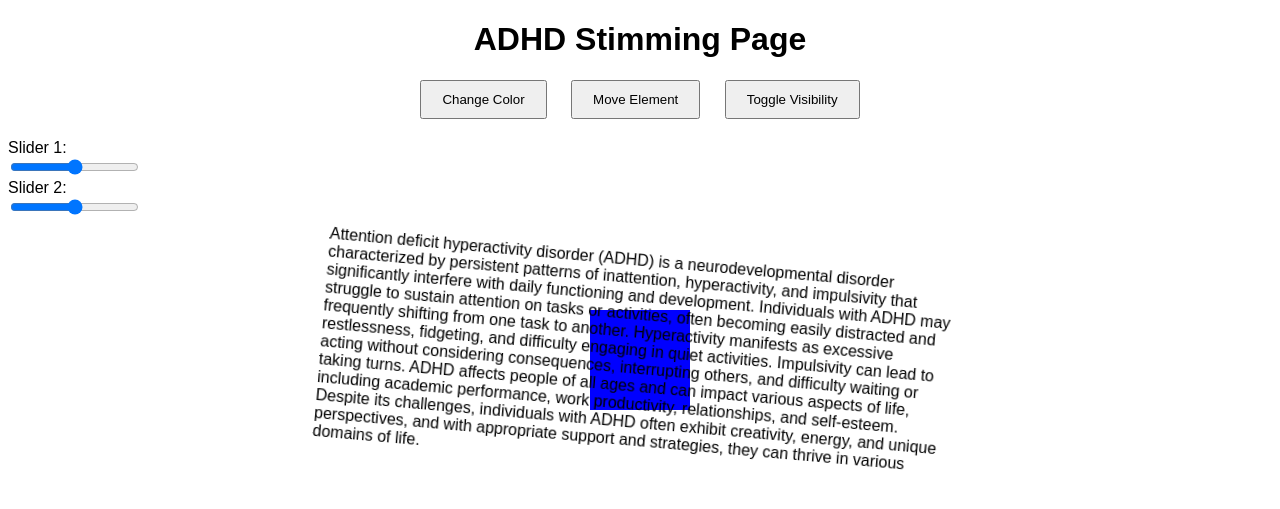
Repository: anderscederberg11/unhandledRuntimeError.json
Page: Henver/henver3.html
These files come from the project's save history. The page is drawn as it stood at one moment and after the next save; the edit follows.
The browser window is 1280 px wide. The pictures show the whole page.

Above is the page before, as saved 2024-05-24 19:03:58.

### Henver/henver3.html
<!DOCTYPE html>
<html lang="en">
<head>
    <meta charset="UTF-8">
    <meta name="viewport" content="width=device-width, initial-scale=1.0">
    <title>HenverADHD</title>
    <link rel="stylesheet" href="henver3.css">
</head>
<body>
    <h1>ADHD Stimming Page</h1>

    <div class="buttons">
      <button onclick="changeColor()">Change Color</button>
      <button onclick="moveElement()">Move Element</button>
      <button onclick="toggleVisibility()">Toggle Visibility</button>
    </div>

    <div class="sliders">
      <label for="slider1">Slider 1:</label>
      <input type="range" id="slider1" min="0" max="100" value="50" onchange="adjustFontSize(this.value)">
      <label for="slider2">Slider 2:</label>
      <input type="range" id="slider2" min="0" max="100" value="50" onchange="adjustOpacity(this.value)">
    </div>

    <div id="movableElement" class="movable-element"></div>

    <div class="floating-paragraph">
        <p>Attention deficit hyperactivity disorder (ADHD) is a neurodevelopmental disorder characterized by persistent patterns of inattention, hyperactivity, and impulsivity that significantly interfere with daily functioning and development. Individuals with ADHD may struggle to sustain attention on tasks or activities, often becoming easily distracted and frequently shifting from one task to another. Hyperactivity manifests as excessive restlessness, fidgeting, and difficulty engaging in quiet activities. Impulsivity can lead to acting without considering consequences, interrupting others, and difficulty waiting or taking turns. ADHD affects people of all ages and can impact various aspects of life, including academic performance, work productivity, relationships, and self-esteem. Despite its challenges, individuals with ADHD often exhibit creativity, energy, and unique perspectives, and with appropriate support and strategies, they can thrive in various domains of life.</p>
      </div>

<script>
    function changeColor() {
  const colors = ["red", "green", "blue", "yellow", "purple", "orange"];
  const randomColor = colors[Math.floor(Math.random() * colors.length)];
  document.body.style.backgroundColor = randomColor;
}

function moveElement() {
  const element = document.getElementById("movableElement");
  const randomX = Math.random() * (window.innerWidth - element.offsetWidth);
  const randomY = Math.random() * (window.innerHeight - element.offsetHeight);
  element.style.left = randomX + "px";
  element.style.top = randomY + "px";
}

function toggleVisibility() {
  const element = document.getElementById("movableElement");
  element.style.display = element.style.display === "none" ? "block" : "none";
}

function adjustFontSize(value) {
  document.body.style.fontSize = value + "px";
}

function adjustOpacity(value) {
  document.getElementById("movableElement").style.opacity = value / 100;
}
</script>
</body>
</html>

### Henver/henver3.css
body {
    font-family: Arial, sans-serif;
  }

  h1 {
    text-align: center;
  }

  .buttons {
    text-align: center;
    margin-bottom: 20px;
  }

  .buttons button {
    padding: 10px 20px;
    margin: 0 10px;
  }

  .sliders {
    margin-bottom: 20px;
  }

  .sliders label {
    display: block;
  }

  .movable-element {
    width: 100px;
    height: 100px;
    background-color: blue;
    position: absolute;
    top: 50%;
    left: 50%;
    transform: translate(-50%, -50%);
  }
  .floating-paragraph {
    position: fixed;
    top: 50%;
    left: 50%;
    transform: translate(-50%, -50%);
    animation: floatAndMove 10s infinite alternate;
  }

  @keyframes floatAndMove {
    0% {
      transform: translate(-50%, -50%) rotate(0deg);
    }
    50% {
      transform: translate(-50%, -50%) rotate(5deg);
    }
    100% {
      transform: translate(-50%, -50%) rotate(0deg);
    }
  }

After the next save:
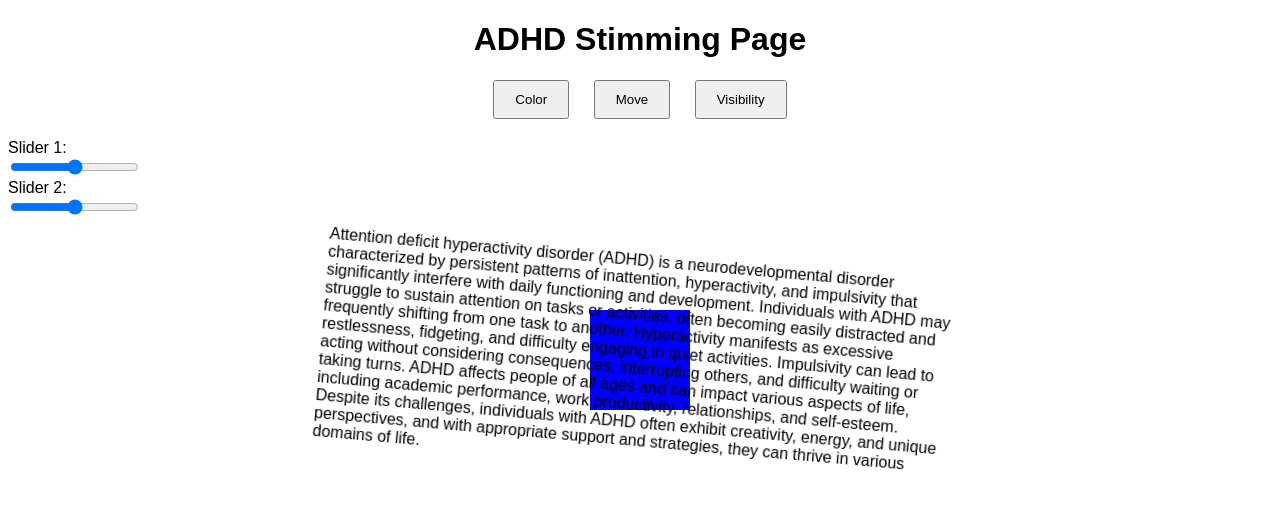
Saved 30 s later.
--- a/Henver/henver3.html
+++ b/Henver/henver3.html
@@ -10,9 +10,9 @@
     <h1>ADHD Stimming Page</h1>
 
     <div class="buttons">
-      <button onclick="changeColor()">Change Color</button>
-      <button onclick="moveElement()">Move Element</button>
-      <button onclick="toggleVisibility()">Toggle Visibility</button>
+      <button onclick="changeColor()">Color</button>
+      <button onclick="moveElement()">Move</button>
+      <button onclick="toggleVisibility()">Visibility</button>
     </div>
 
     <div class="sliders">
